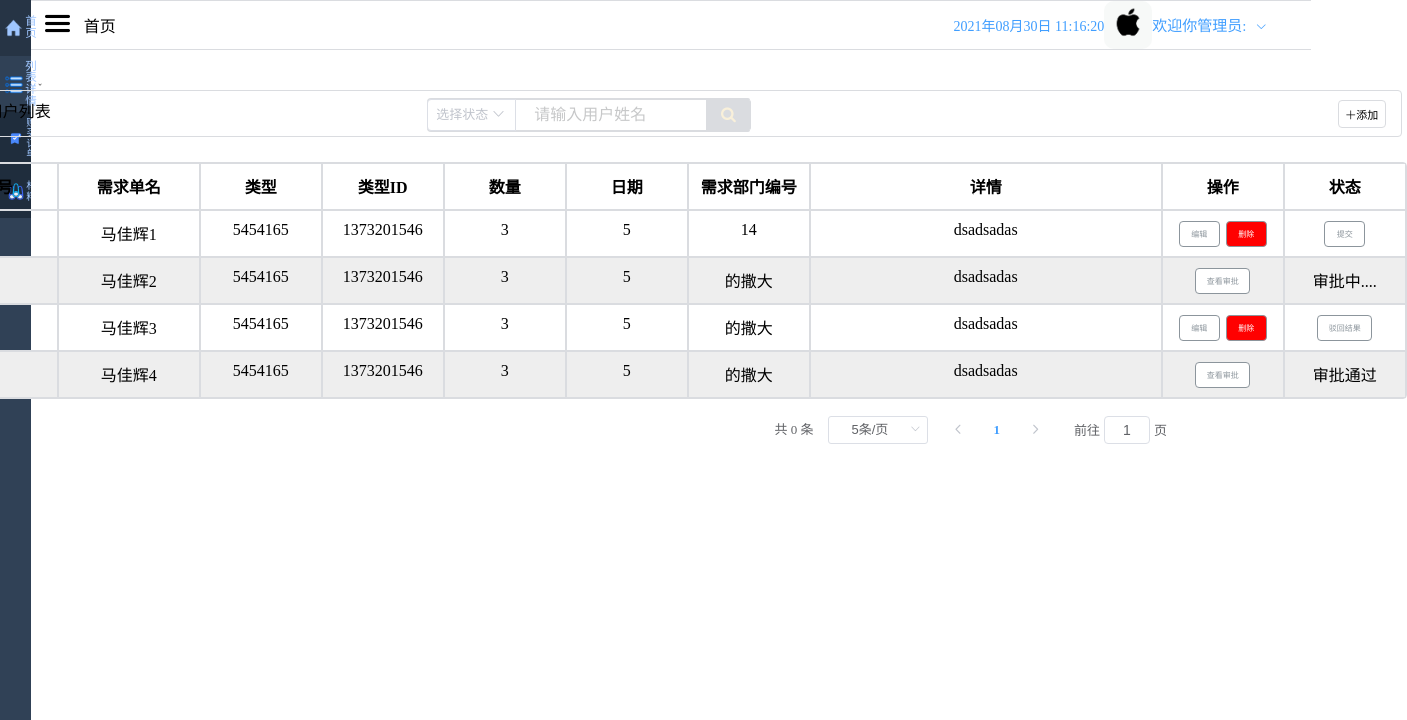
Repository: 572031690/fwwb-proj
Page: /home/body
These files come from the project's save history. The page is drawn as it stood at one moment and after the next save; the edit follows.
The browser window is 1280 px wide. The page is 1407 px wide, so the pictures cover 1407 px, including what lies to the right of the window. The pictures show the whole page.
The page's requests for data from a server got no answer. The project was rebuilt for these pictures with package versions that can differ from the ones it lists, and the page was loaded fresh each time. No one was signed in, and anything a server would have sent is missing. Also part of the build but not shown: vue.config.js, src/assets/data/echarts.js, src/components/home-wel/MapChina.vue, src/components/home-wel/leftchart/piechart.vue, src/components/home-wel/leftchart/rankchart.vue, src/components/home-wel/rightchart/linechart.vue, src/components/home-wel/rightchart/totalchart.vue, src/components/Adddata.vue and 7 more.

Above is the page before, as saved 2021-09-10 15:17:42.

After the next save:
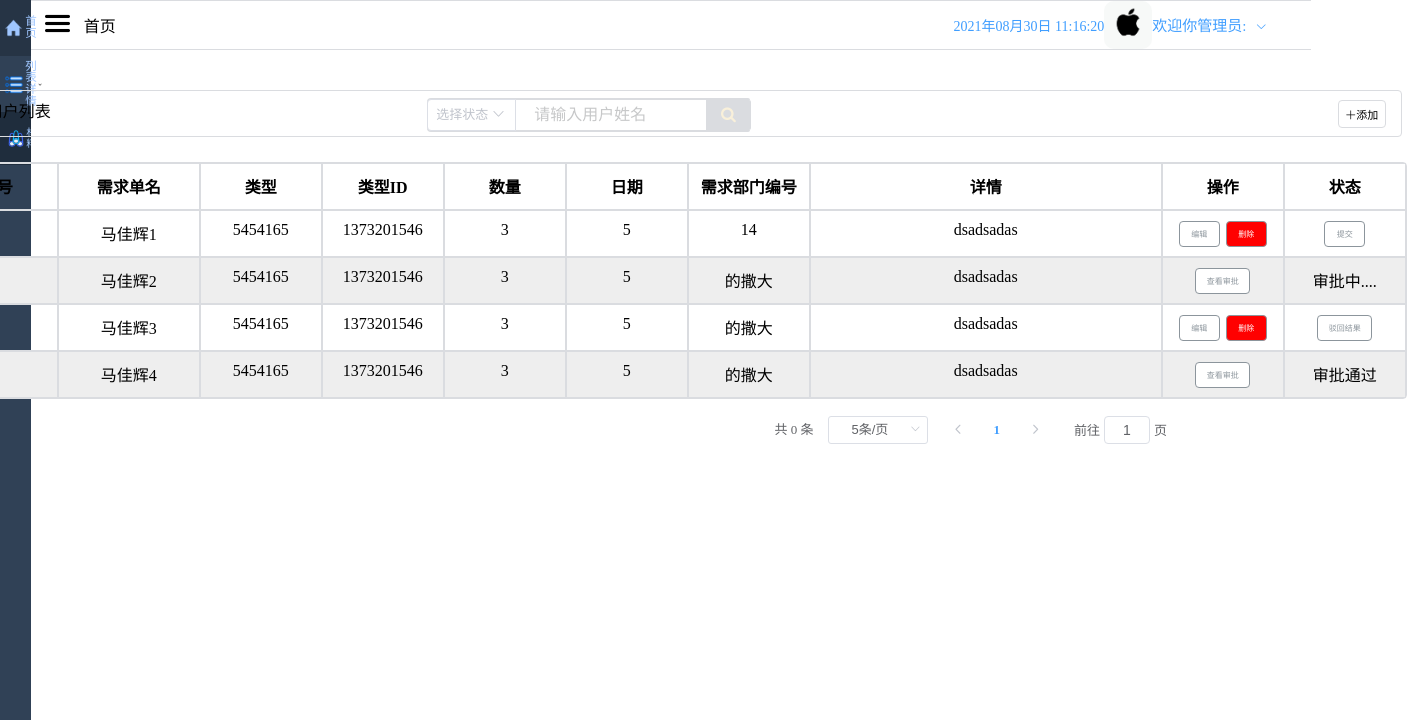
Saved 54 s later.
--- a/src/assets/data/homeRouter.js
+++ b/src/assets/data/homeRouter.js
@@ -27,6 +27,7 @@ export const routerList = [
         label: '需求表',
         ref: 'spans7',
         disabled: false,
+        showtab: false,
         imgSrc: require('@/assets/img/body.png')
       },
       {
@@ -35,7 +36,7 @@ export const routerList = [
         label: '购买订单',
         ref: 'spans5',
         disabled: false,
-        showtab: true,
+        showtab: false,
         imgSrc: require('@/assets/img/buy.png')
       },
       {
